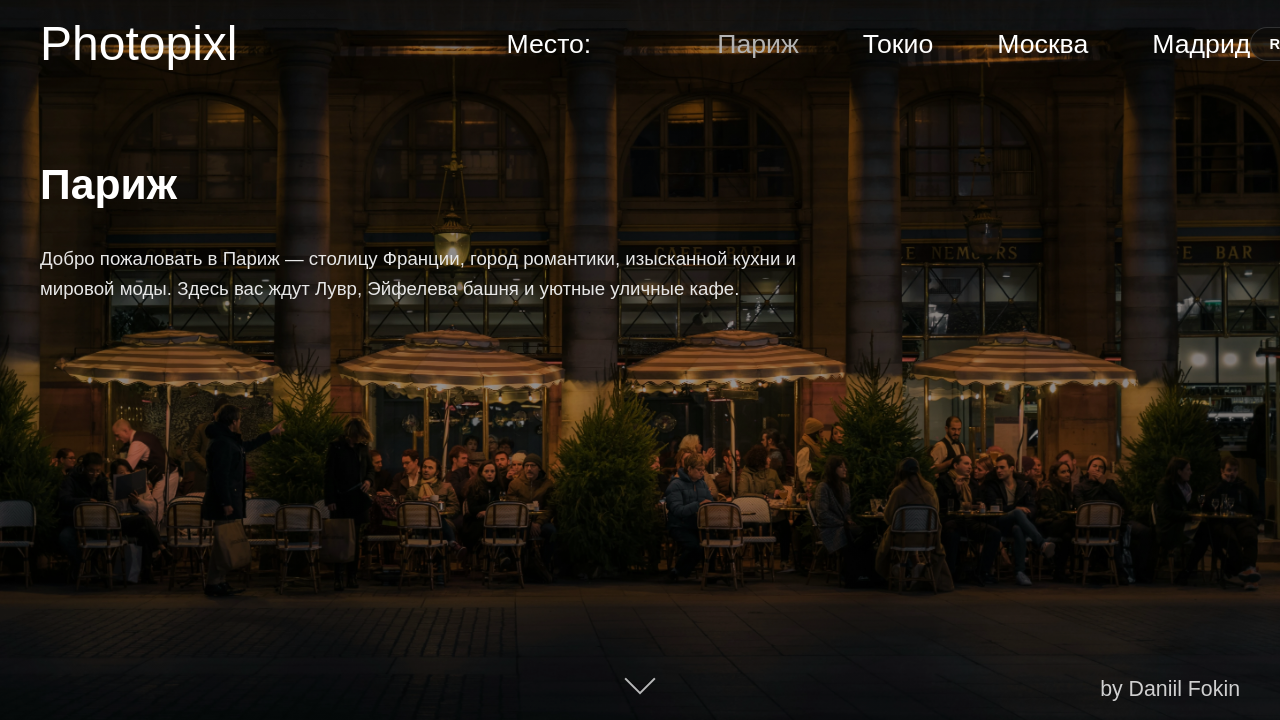
Repository: git-daniil/place-site
Page: index.html
An editor plug-in stored every save of this project. The page is shown before and after the next save, followed by the edit.
The browser window is 1280 px wide. The pictures show the whole page.
Some web fonts or font styles are not loaded; a fallback is used.

Above is the page before, as saved 2026-05-20 14:53:23.

### index.html
<!DOCTYPE html>
<html lang="ru">
<head>
    <meta charset="UTF-8">
    <meta name="viewport" content="width=device-width, initial-scale=1.0">
    <title>Photopixl — Paris</title>
    <link rel="stylesheet" href="style.css">
    <script src="translations_paris.js"></script>
</head>
<body class="paris-page">

    <div class="progress-bar-container">
        <div class="progress-bar"></div>
        <div class="preloader-center-text">
            <div class="preloader-logo">Photopixl</div>
            <div class="preloader-author">by Daniil Fokin</div>
        </div>
    </div>

    <div class="author-label">by Daniil Fokin</div>

    <div class="page-wrapper">
        <nav class="navbar">
            <a href="index.html" class="logo">Photopixl</a>
            <div class="place-label" data-lang="place">Место:</div>
            <div class="nav-links">
                <a href="index.html" class="city-link active" data-lang="paris">Париж</a>
                <a href="tokio.html" class="city-link" data-lang="tokio">Токио</a>
                <a href="moscow.html" class="city-link" data-lang="moscow">Москва</a>
                <a href="madrid.html" class="city-link" data-lang="madrid">Мадрид</a>
            </div>

            <div class="lang-selector">
                <div class="lang-current">RU</div>
                <div class="lang-dropdown">
                    <div class="lang-option active" data-value="ru">RU</div>
                    <div class="lang-option" data-value="en">EN</div>
                </div>
            </div>
        </nav>

        <section class="paris-bg-1 scroll-section" data-slide="0">
            <main class="content-section anim-text">
                <h1 data-field="h1">Париж</h1>
                <p data-field="p">Добро пожаловать в Париж — столицу Франции, город романтики, изысканной кухни и мировой моды. Здесь вас ждут Лувр, Эйфелева башня и уютные уличные кафе.</p>
            </main>
            <div class="scroll-hint">
                <div class="arrow"></div>
            </div>
        </section>

        <section class="paris-bg-2 scroll-section" data-slide="1">
            <main class="content-section anim-text">
                <h1 data-field="h1">Атмосфера старого города</h1>
                <p data-field="p">Прогуляйтесь по Монмартру, загляните в аутентичные дворики и пройдитесь по тихим мощеным улочкам, где до сих пор витает дух старого Парижа и пахнет свежими круассанами.</p>
            </main>
        </section>

        <section class="paris-bg-3 scroll-section" data-slide="2">
            <main class="content-section anim-text">
                <h1>Вечерние огни Сены</h1>
                <p data-field="p">Когда на город опускаются сумерки, тысячи огней отражаются в воде. Прогулка на речном трамвайчике откроет для вас совершенно другой, магический Париж.</p>
            </main>
        </section>

        <section class="paris-bg-4 scroll-section" data-slide="3">
            <main class="content-section anim-text">
                <h1 data-field="h1">Сокровища Лувра</h1>
                <p data-field="p">Один из крупнейших и величайших музеев мира хранит в себе шедевры искусства разных эпох. Проведите день среди великой истории, архитектуры и бессмертных творений.</p>
            </main>
        </section>

        <section class="paris-bg-5 scroll-section" data-slide="4">
            <main class="content-section anim-text">
                <h1 data-field="h1">Триумфальная арка</h1>
                <p data-field="p">Величественный монумент на площади Шарля де Голля, ставший символом побед и национальной гордости Франции. Отсюда откроется один из лучших видов на Елисейские поля.</p>
            </main>
        </section>

        <section class="paris-bg-6 scroll-section" data-slide="5">
            <main class="content-section anim-text">
                <h1 data-field="h1">Эйфелева башня</h1>
                <p data-field="p">Главный и самый узнаваемый символ не только Парижа, но и всей Франции. Её изящный силуэт восхищает в любое время суток, а вечерняя иллюминация создает ощущение настоящей сказки.</p>
            </main>
        </section>

        <section class="paris-bg-7 scroll-section" data-slide="6">
            <main class="content-section anim-text">
                <h1>Парижский туман</h1>
                <p data-field="p">Загадочные окутанные дымкой улочки раскрывают меланхоличную и кинематографичную сторону города. В такие моменты Париж кажется особенно уединенным и поэтичным.</p>
            </main>
        </section>

        <section class="paris-bg-8 scroll-section thanks-section" data-slide="7">
            <div class="thanks-text anim-text" data-field="h1">
                À bientôt, Paris
            </div>
        </section>
    </div>

    <script {nonce}>
        const progressBar = document.querySelector('.progress-bar');
        const pageWrapper = document.querySelector('.page-wrapper');
        const progressContainer = document.querySelector('.progress-bar-container');
        const preloaderCenterText = document.querySelector('.preloader-center-text');
        const preloaderLogo = document.querySelector('.preloader-logo');
        const preloaderAuthor = document.querySelector('.preloader-author');

        const observer = new IntersectionObserver((entries) => {
            entries.forEach(entry => {
                if (entry.isIntersecting) {
                    entry.target.classList.add('visible');
                } else {
                    entry.target.classList.remove('visible');
                }
            });
        }, { threshold: 0.1 });

        function runPreloader(showText = true, callback = null) {
            progressContainer.style.display = 'flex';
            progressBar.style.transition = 'none';
            progressBar.style.width = '0%';

            setTimeout(() => {
                if (showText) {
                    progressContainer.classList.remove('lang-switch-mode');
                    progressContainer.style.opacity = '1';
                    pageWrapper.classList.remove('loaded');
                    preloaderCenterText.style.display = 'block';
                    preloaderLogo.classList.remove('show');
                    preloaderAuthor.classList.remove('show');
                    setTimeout(() => { preloaderLogo.classList.add('show'); }, 300);
                    setTimeout(() => { preloaderAuthor.classList.add('show'); }, 900);
                } else {
                    progressContainer.classList.add('lang-switch-mode');
                    progressContainer.style.opacity = '1';
                    preloaderCenterText.style.display = 'none';
                }

                setTimeout(() => {
                    progressBar.style.transition = 'width 1.2s cubic-bezier(0.22, 1, 0.36, 1)';
                    progressBar.style.width = '100%';
                }, 50);

                setTimeout(() => {
                    if (callback) callback();
                    progressContainer.style.opacity = '0';

                    if (showText) {
                        pageWrapper.classList.add('loaded');
                    }

                    setTimeout(() => {
                        progressContainer.style.display = 'none';
                        progressContainer.classList.remove('lang-switch-mode');

                        document.querySelectorAll('.anim-text').forEach(text => {
                            observer.observe(text);
                        });
                    }, 400);
                }, 1300);
            }, 50);
        }

        window.addEventListener('DOMContentLoaded', function() {
            runPreloader(true);
        });

        const langSelector = document.querySelector('.lang-selector');
        const langCurrent = document.querySelector('.lang-current');
        const langOptions = document.querySelectorAll('.lang-option');

        if (langSelector) {
            langSelector.addEventListener('click', function(e) {
                e.stopPropagation();
                this.classList.toggle('open');
            });
        }

        document.addEventListener('click', function() {
            if (langSelector) langSelector.classList.remove('open');
        });

        langOptions.forEach(option => {
            option.addEventListener('click', function(e) {
                e.stopPropagation();
                const lang = this.getAttribute('data-value');

                langOptions.forEach(opt => opt.classList.remove('active'));
                this.classList.add('active');
                langCurrent.textContent = lang.toUpperCase();
                langSelector.classList.remove('open');

                runPreloader(false, () => {
                    changeLanguage(lang);
                });
            });
        });

        function changeLanguage(lang) {
            document.querySelectorAll('[data-lang]').forEach(elem => {
                const key = elem.getAttribute('data-lang');
                if (translations[lang][key]) {
                    elem.textContent = translations[lang][key];
                }
            });

            document.querySelectorAll('[data-slide]').forEach(slide => {
                const slideIndex = slide.getAttribute('data-slide');
                const slideData = translations[lang].slides[slideIndex];

                if (slideData) {
                    const h1 = slide.querySelector('[data-field="h1"]');
                    const p = slide.querySelector('[data-field="p"]');
                    if (h1) h1.textContent = slideData.h1;
                    if (p) p.textContent = slideData.p;
                }
            });
        }

        let currentSection = 0;
        const sections = document.querySelectorAll('.scroll-section');
        let isScrolling = false;

        window.addEventListener('wheel', function(e) {
            if (!document.body.classList.contains('paris-page')) return;
            if (!document.querySelector('.page-wrapper').classList.contains('loaded')) {
                e.preventDefault();
                return;
            }

            e.preventDefault();

            if (isScrolling) return;
            if (Math.abs(e.deltaY) < 60) return;

            isScrolling = true;

            if (e.deltaY > 0) {
                if (currentSection < sections.length - 1) currentSection++;
            } else {
                if (currentSection > 0) currentSection--;
            }

            sections[currentSection].scrollIntoView({ behavior: 'smooth' });

            const scrollHint = document.querySelector('.scroll-hint');
            if (scrollHint && currentSection > 0) {
                scrollHint.classList.add('hide');
            } else if (scrollHint && currentSection === 0) {
                scrollHint.classList.remove('hide');
            }

            setTimeout(() => {
                isScrolling = false;
            }, 1000);
        }, { passive: false });
    </script>

</body>
</html>

### style.css
@font-face {
    font-family: 'Gilroy-Regular';
    src: local('Gilroy-Regular'), url('fonts/Gilroy-Regular.woff2') format('woff2');
    font-weight: normal;
    font-style: normal;
}
@font-face {
    font-family: 'Seenonim';
    src: local('Seenonim'), url('fonts/Seenonim.woff2') format('woff2');
    font-weight: normal;
    font-style: normal;
}

body {
    margin: 0;
    padding: 0;
    background-color: #ffffff;
    font-family: Arial, sans-serif;
}

body.paris-page {
    height: 100vh;
    overflow: hidden;
    background-color: #111111;
}

.progress-bar-container {
    position: fixed;
    top: 0;
    left: 0;
    width: 100%;
    height: 100vh;
    background-color: #111111;
    z-index: 100;
    transition: opacity 0.4s ease-in-out;
    display: flex;
    flex-direction: column;
    justify-content: center;
    align-items: center;
}

.progress-bar-container.lang-switch-mode {
    background-color: rgba(17, 17, 17, 0.55);
    backdrop-filter: blur(4px);
}

.progress-bar {
    position: absolute;
    top: 0;
    left: 0;
    width: 0%;
    height: 3px;
    background-color: #ffffff;
    transition: width 2s cubic-bezier(0.22, 1, 0.36, 1);
}

.preloader-center-text {
    text-align: center;
    color: #ffffff;
}

.preloader-logo {
    font-family: 'Gilroy-Regular', sans-serif;
    font-size: 48pt;
    margin-bottom: 15px;
    line-height: 1;
    opacity: 0;
    transform: translateY(15px);
    transition: opacity 1s ease, transform 1s ease;
}

.preloader-logo.show {
    opacity: 1;
    transform: translateY(0);
}

.preloader-author {
    font-family: 'Seenonim', sans-serif;
    font-size: 18pt;
    line-height: 1;
    opacity: 0;
    transform: translateY(10px);
    transition: opacity 1s ease, transform 1s ease;
}

.preloader-author.show {
    opacity: 0.8;
    transform: translateY(0);
}

.page-wrapper {
    height: auto;
}

body.paris-page .page-wrapper {
    opacity: 0;
    transition: opacity 1.2s ease-in-out;
    height: 100vh;
    overflow: hidden;
}

body.paris-page .page-wrapper.loaded {
    opacity: 1;
}

.navbar {
    display: flex;
    align-items: center;
    background: none;
    padding: 20px 40px;
}

body.paris-page .navbar {
    position: fixed;
    top: 0;
    left: 0;
    right: 0;
    z-index: 10;
}

.logo {
    font-family: 'Gilroy-Regular', sans-serif;
    font-size: 36pt;
    color: #000000;
    line-height: 1;
    text-decoration: none;
}

body.paris-page .logo {
    color: #ffffff;
}

.place-label {
    font-family: 'Seenonim', sans-serif;
    font-size: 20pt;
    color: #000000;
    margin-left: 269px;
    line-height: 1;
}

body.paris-page .place-label {
    color: #ffffff;
}

.nav-links {
    display: flex;
    margin-left: 126px;
}

.city-link {
    font-family: 'Seenonim', sans-serif;
    font-size: 20pt;
    color: #000000;
    text-decoration: none;
    line-height: 1;
}

body.paris-page .city-link {
    color: #ffffff;
}

.city-link.active {
    color: #8c8c8c;
}

body.paris-page .city-link.active {
    color: #b3b3b3;
}

.city-link:not(:last-child) {
    margin-right: 64px;
}

.lang-selector {
    position: relative;
    margin-left: auto;
    cursor: pointer;
    user-select: none;
    font-family: Arial, sans-serif;
}

.lang-current {
    font-size: 11pt;
    font-weight: bold;
    color: #ffffff;
    padding: 8px 18px;
    background-color: rgba(12, 12, 12, 0.75);
    border: 1px solid rgba(255, 255, 255, 0.15);
    border-radius: 20px;
    transition: background-color 0.2s ease;
}

.lang-selector:hover .lang-current {
    background-color: #262626;
}

.lang-dropdown {
    position: absolute;
    top: calc(100% + 6px);
    right: 0;
    background-color: #1a1a1a;
    border: 1px solid rgba(255, 255, 255, 0.15);
    border-radius: 12px;
    min-width: 62px;
    display: flex;
    flex-direction: column;
    opacity: 0;
    visibility: hidden;
    transform: translateY(-8px);
    transition: all 0.25s ease-in-out;
    box-shadow: 0 4px 15px rgba(0, 0, 0, 0.6);
    overflow: hidden;
}

.lang-selector.open .lang-dropdown {
    opacity: 1;
    visibility: visible;
    transform: translateY(0);
}

.lang-option {
    font-size: 11pt;
    font-weight: bold;
    color: rgba(255, 255, 255, 0.5);
    padding: 10px 0;
    text-align: center;
    transition: background-color 0.2s ease, color 0.2s ease;
}

.lang-option:hover {
    background-color: #262626;
    color: #ffffff;
}

.lang-option.active {
    color: #ffffff;
    background-color: #222222;
}

.author-label {
    font-family: 'Seenonim', sans-serif;
    font-size: 16pt;
    color: #000000;
    line-height: 1;
}

body.paris-page .author-label {
    position: fixed;
    bottom: 20px;
    right: 40px;
    color: #ffffff;
    opacity: 0.8;
    z-index: 10;
}

body.paris-page .page-wrapper:not(.loaded) ~ .author-label {
    opacity: 0;
}

.content-section {
    padding: 60px 40px;
}

.content-section h1 {
    font-size: 32pt;
    margin-top: 0;
    font-family: 'Gilroy-Regular', sans-serif;
    color: #000000;
}

body.paris-page .content-section h1 {
    color: #ffffff;
}

.content-section p {
    font-size: 14pt;
    color: #333333;
    line-height: 1.6;
    max-width: 800px;
}

body.paris-page .content-section p {
    color: #e6e6e6;
}

.scroll-section {
    position: relative;
    background-size: cover;
    background-position: center;
    background-repeat: no-repeat;
    background-attachment: fixed;
    height: 100vh;
    padding-top: 100px;
    box-sizing: border-box;
}

.paris-bg-1 {
    background-image: linear-gradient(rgba(0, 0, 0, 0.4), rgba(0, 0, 0, 0.4)), url('assets/photo/paris/paris-bg.webp');
}

.paris-bg-2 {
    background-image: linear-gradient(rgba(0, 0, 0, 0.4), rgba(0, 0, 0, 0.4)), url('assets/photo/paris/paris1.webp');
}

.paris-bg-3 {
    background-image: linear-gradient(rgba(0, 0, 0, 0.4), rgba(0, 0, 0, 0.4)), url('assets/photo/paris/paris2.webp');
}

.paris-bg-4 {
    background-image: linear-gradient(rgba(0, 0, 0, 0.4), rgba(0, 0, 0, 0.4)), url('assets/photo/paris/paris3.webp');
}

.paris-bg-5 {
    background-image: linear-gradient(rgba(0, 0, 0, 0.4), rgba(0, 0, 0, 0.4)), url('assets/photo/paris/paris4.webp');
}

.paris-bg-6 {
    background-image: linear-gradient(rgba(0, 0, 0, 0.4), rgba(0, 0, 0, 0.4)), url('assets/photo/paris/paris5.webp');
}

.paris-bg-7 {
    background-image: linear-gradient(rgba(0, 0, 0, 0.4), rgba(0, 0, 0, 0.4)), url('assets/photo/paris/paris6.webp');
}

.paris-bg-8 {
    background-image: linear-gradient(rgba(0, 0, 0, 0.5), rgba(0, 0, 0, 0.5)), url('assets/photo/paris/paris7.webp');
}

.thanks-section {
    display: flex;
    justify-content: center;
    align-items: center;
    padding-top: 0;
}

.thanks-text {
    font-family: 'Gilroy-Regular', sans-serif;
    font-size: 48pt;
    color: #ffffff;
    text-align: center;
}

.scroll-hint {
    position: absolute;
    bottom: 30px;
    left: 50%;
    transform: translateX(-50%);
    display: flex;
    justify-content: center;
    align-items: center;
    transition: opacity 0.5s ease;
    pointer-events: none;
}

.scroll-hint.hide {
    opacity: 0;
}

.arrow {
    width: 20px;
    height: 20px;
    border-right: 2px solid rgba(255, 255, 255, 0.7);
    border-bottom: 2px solid rgba(255, 255, 255, 0.7);
    transform: rotate(45deg);
    animation: bounceArrow 2s infinite;
}

@keyframes bounceArrow {
    0%, 20%, 50%, 80%, 100% {
        transform: translateY(0) rotate(45deg);
    }
    40% {
        transform: translateY(-10px) rotate(45deg);
    }
    60% {
        transform: translateY(-5px) rotate(45deg);
    }
}

.anim-text {
    opacity: 0;
    transform: translateY(40px);
    transition: opacity 1s ease, transform 1s ease;
    transition-delay: 0.4s;
}

.anim-text.visible {
    opacity: 1;
    transform: translateY(0);
}

::selection {
    background-color: rgba(28, 28, 28, 1);
    color: #ffffff;
}

### translations.js
const translations = {
    ru: {
        place: "Место:",
        paris: "Париж",
        tokio: "Токио",
        moscow: "Москва",
        madrid: "Мадрид",
        slides: [
            {
                h1: "Париж",
                p: "Добро пожаловать в Париж — столицу Франции, город романтики, изысканной кухни и мировой моды. Здесь вас ждут Лувр, Эйфелева башня и уютные уличные кафе."
            },
            {
                h1: "Атмосфера старого города",
                p: "Прогуляйтесь по Монмартру, загляните в аутентичные дворики и пройдитесь по тихим мощеным улочкам, где до сих пор витает дух старого Парижа и пахнет свежими круассанами."
            },
            {
                h1: "Вечерние огни Сены",
                p: "Когда на город опускаются сумерки, тысячи огней отражаются в воде. Прогулка на речном трамвайчике откроет для вас совершенно другой, магический Париж."
            },
            {
                h1: "Сокровища Лувра",
                p: "Один из крупнейших и величайших музеев мира хранит в себе шедевры искусства разных эпох. Проведите день среди великой истории, архитектуры и бессмертных творений."
            },
            {
                h1: "Триумфальная арка",
                p: "Величественный монумент на площади Шарля де Голля, ставший символом побед и национальной гордости Франции. Отсюда откроется один из лучших видов на Елисейские поля."
            },
            {
                h1: "Эйфелева башня",
                p: "Главный и самый узнаваемый символ не только Парижа, но и всей Франции. Её изящный силуэт восхищает в любое время суток, а вечерняя иллюминация создает ощущение настоящей сказки."
            },
            {
                h1: "Парижский туман",
                p: "Загадочные окутанные дымкой улочки раскрывают меланхоличную и кинематографичную сторону города. В такие моменты Париж кажется особенно уединенным и поэтичным."
            },
            {
                h1: "À bientôt, Paris",
                p: ""
            }
        ]
    },
    en: {
        place: "Place:",
        paris: "Paris",
        tokio: "Tokyo",
        moscow: "Moscow",
        madrid: "Madrid",
        slides: [
            {
                h1: "Paris",
                p: "Welcome to Paris — the capital of France, a city of romance, fine dining, and global fashion. Here, the Louvre, Eiffel Tower, and cozy street cafes await you."
            },
            {
                h1: "Old Town Atmosphere",
                p: "Stroll through Montmartre, explore authentic courtyards, and walk along quiet cobblestone streets where the spirit of old Paris still lingers and the aroma of fresh croissants fills the air."
            },
            {
                h1: "Evening Lights of the Seine",
                p: "As dusk falls over the city, thousands of lights reflect in the water. A river cruise will reveal a completely different, magical Paris to you."
            },
            {
                h1: "Treasures of the Louvre",
                p: "One of the world's largest and greatest museums holds masterpieces of art from various eras. Spend a day surrounded by great history, architecture, and timeless creations."
            },
            {
                h1: "Arc de Triomphe",
                p: "A majestic monument on the Place Charles de Gaulle, a symbol of victories and French national pride. It offers one of the best views of the Champs-Élysées."
            },
            {
                h1: "Eiffel Tower",
                p: "The main and most recognizable symbol of not only Paris but all of France. Its elegant silhouette inspires at any time of day, and the evening illumination creates a true fairytale feeling."
            },
            {
                h1: "Parisian Fog",
                p: "Mysterious streets shrouded in mist reveal the melancholic and cinematic side of the city. In these moments, Paris feels uniquely secluded and poetic."
            },
            {
                h1: "À bientôt, Paris",
                p: ""
            }
        ]
    }
};

Loaded but not shown: translations_paris.js (84 lines, source omitted)

After the next save:
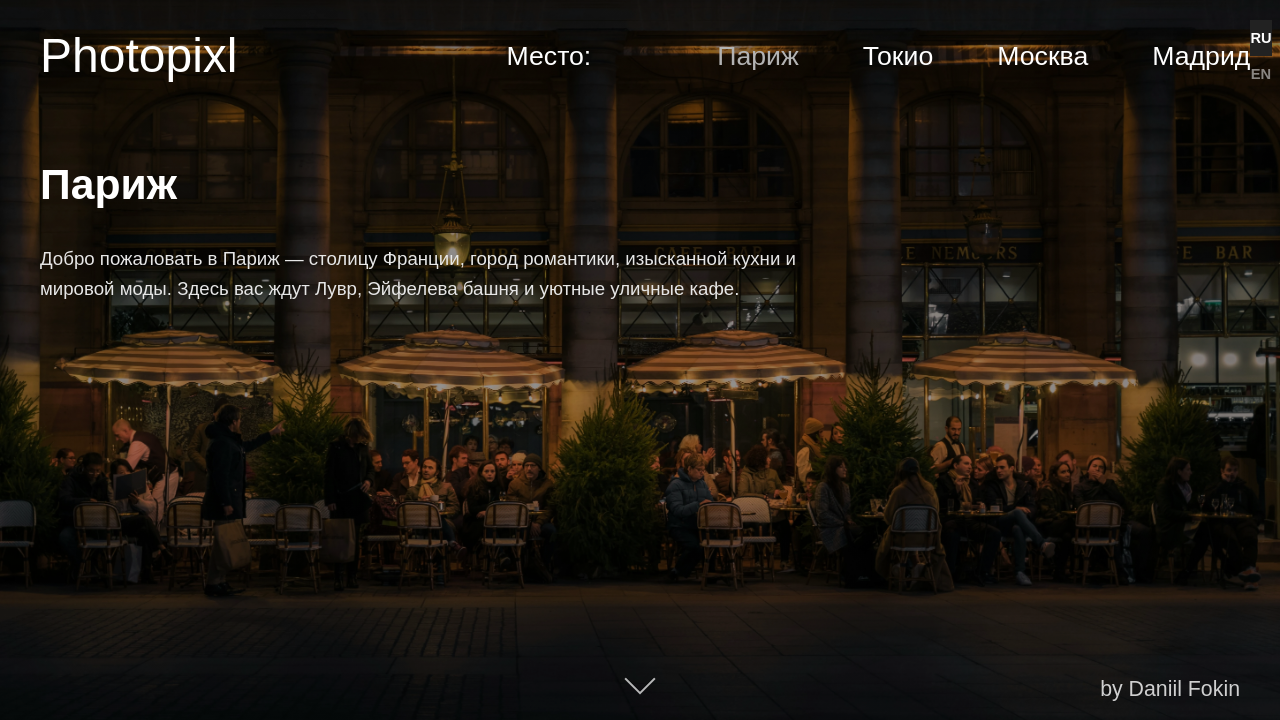
Saved 5 min 18 s later.
--- a/index.html
+++ b/index.html
@@ -5,7 +5,7 @@
     <meta name="viewport" content="width=device-width, initial-scale=1.0">
     <title>Photopixl — Paris</title>
     <link rel="stylesheet" href="style.css">
-    <script src="translations_paris.js"></script>
+    <script src="translations.js"></script>
 </head>
 <body class="paris-page">
 
@@ -30,12 +30,9 @@
                 <a href="madrid.html" class="city-link" data-lang="madrid">Мадрид</a>
             </div>
 
-            <div class="lang-selector">
-                <div class="lang-current">RU</div>
-                <div class="lang-dropdown">
-                    <div class="lang-option active" data-value="ru">RU</div>
-                    <div class="lang-option" data-value="en">EN</div>
-                </div>
+            <div class="lang-selector-capsule">
+                <div class="lang-option active" data-value="ru">RU</div>
+                <div class="lang-option" data-value="en">EN</div>
             </div>
         </nav>
 
@@ -114,7 +111,7 @@
                     entry.target.classList.remove('visible');
                 }
             });
-        }, { threshold: 0.1 });
+        }, { threshold: 0.3 });
 
         function runPreloader(showText = true, callback = null) {
             progressContainer.style.display = 'flex';
@@ -166,8 +163,7 @@
             runPreloader(true);
         });
 
-        const langSelector = document.querySelector('.lang-selector');
-        const langCurrent = document.querySelector('.lang-current');
+        const langSelector = document.querySelector('.lang-selector-capsule');
         const langOptions = document.querySelectorAll('.lang-option');
 
         if (langSelector) {
@@ -183,12 +179,13 @@
 
         langOptions.forEach(option => {
             option.addEventListener('click', function(e) {
+                if (!langSelector.classList.contains('open')) return;
+
                 e.stopPropagation();
                 const lang = this.getAttribute('data-value');
 
                 langOptions.forEach(opt => opt.classList.remove('active'));
                 this.classList.add('active');
-                langCurrent.textContent = lang.toUpperCase();
                 langSelector.classList.remove('open');
 
                 runPreloader(false, () => {
